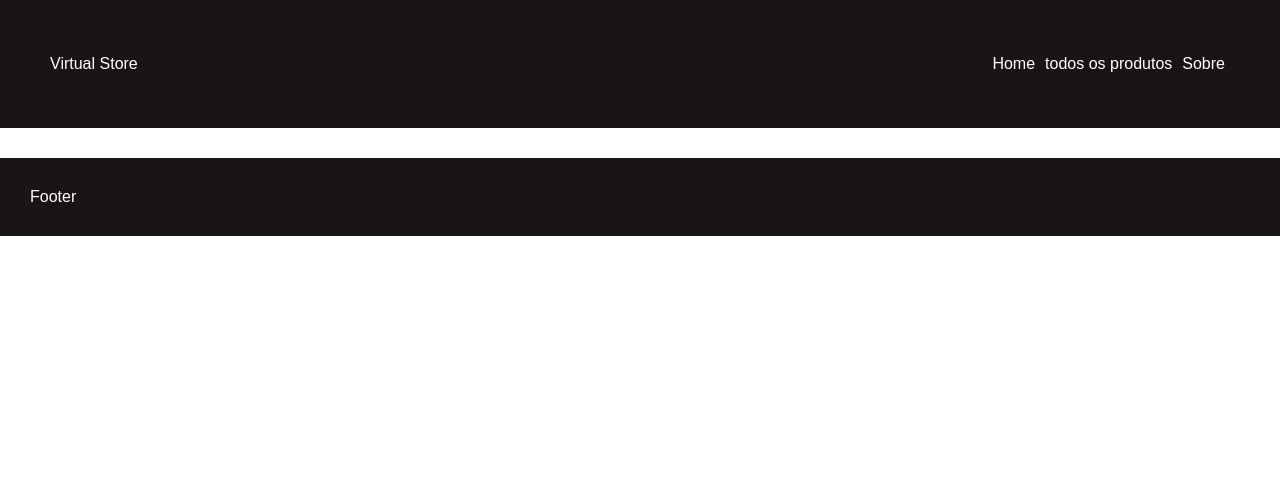
Repository: meiotera/virtuL-store
Page: /lista-de-produtos
The author's editor kept a copy of each file at every save. The page is drawn from the files as they stood at one save, then again after the next save.
The browser window is 1280 px wide. The pictures show the whole page.
The page's requests for data from a server got no answer. The project was rebuilt for these pictures with package versions that can differ from the ones it lists, and the page was loaded fresh each time. No one was signed in, and anything a server would have sent is missing. Also part of the build but not shown: vite.config.js, src/pages/Home.jsx, src/styles/ProductCard.module.css, src/styles/Button.module.css, src/components/Button.jsx, src/components/ProductCard.jsx, src/styles/ProductDetail.module.css, src/pages/ProductDetail.jsx.

Above is the page before, as saved 2025-04-08 18:29:48.

### src/index.css
* {
  margin: 0;
  padding: 0;
  list-style: none;

  font-family: Arial, Helvetica, sans-serif;
  text-decoration: none;
  box-sizing: border-box;
}

body {
  margin: 0 auto;
}

### src/App.jsx
import { BrowserRouter, Link, Route, Routes } from 'react-router-dom';
import Header from './components/Header';
import Main from './components/Main';
import Footer from './components/Footer';
import Home from './pages/Home';
import ProductList from './pages/ProductList';
import ProductDetail from './pages/ProductDetail';

function App() {
  return (
    <BrowserRouter>
      <Header />

      <Main>
        <Routes>
          <Route path="/" element={<Home />} />
          <Route path="/lista-de-produtos" element={<ProductList />} />
          <Route
            path="/lista-de-produtos/:title/:id"
            element={<ProductDetail />}
          />
        </Routes>
      </Main>

      <Footer />
    </BrowserRouter>
  );
}

export default App;

### src/components/Header.jsx
import React from 'react';
import styles from '../styles/Header.module.css';

const Header = () => {
  return (
    <header className={styles.header}>
      <div className={styles.containerHeader}>
        <div>Virtual Store</div>

        <div className={styles.navContainer}>
          <nav>
            <a href="">Home</a>
            <a href="">todos os produtos</a>
            <a href="">Sobre</a>
          </nav>
        </div>
      </div>
    </header>
  );
};

export default Header;

### src/components/Main.jsx
import React from 'react';
import styles from '../styles/Main.module.css';

const Main = ({ children }) => {
  return <main className={styles.main}>{children}</main>;
};

export default Main;

### src/components/Footer.jsx
import React from 'react';
import styles from '../styles/Footer.module.css';

const Footer = () => {
  return <footer className={styles.footer}>Footer</footer>;
};

export default Footer;

### src/pages/ProductList.jsx
import React, { useEffect, useState } from 'react';
import { getAllProducts } from '../services/api';
import ProductCard from '../components/ProductCard';

import styles from '../styles/ProductList.module.css';

const ProductList = () => {
  const [products, setProdutcts] = useState([]);

  useEffect(() => {
    const fetchData = async () => {
      const data = await getAllProducts();
      setProdutcts(data);
    };

    fetchData();
  }, []);

  console.log(products);

  return (
    <div className={styles.containerProducts}>
      {products.map((product) => (
        <ProductCard
          key={product.id}
          id={product.id}
          title={product.title}
          image={product.image}
          rating={product.rating}
          price={product.price}
        />
      ))}
    </div>
  );
};

export default ProductList;

### src/styles/Header.module.css
.header {
  background-color: #191515;
  padding: 30px;
  margin-bottom: 30px;
  color: #fff;
}

.containerHeader {
  max-width: 1440px;
  display: flex;
  justify-content: space-between;
  flex-wrap: wrap;
  align-items: center;
  padding: 20px;
  margin: 0 auto;
}

.navContainer nav {
  display: flex;
  align-items: center;
}

.navContainer a {
  padding: 5px;

  color: #fff;
  text-decoration: none;
}

### src/styles/Main.module.css
.main {
  max-width: 1440px;
  margin: 0 auto;
}

### src/styles/Footer.module.css
.footer {
  padding: 30px;
  background-color: #191515;
  color: #fff;
}

### src/services/api.js
const BASE_URL = 'https://fakestoreapi.com';

// buscar todos os produtos
export const getAllProducts = async () => {
  const res = await fetch(`${BASE_URL}/products`);
  const data = await res.json();

  return data;
};

export const getASingleProduct = async (id) => {
  const res = await fetch(`${BASE_URL}/products/${id}`);
  const data = await res.json();

  return data;
};

### src/styles/ProductList.module.css
.containerProducts {
  display: flex;
  flex-wrap: wrap;
  justify-content: center;
  align-items: center;
  width: 100%;
  gap: 20px;
}

@media (min-width: 960px) {
  .containerProducts {
    justify-content: space-between;
  }
}

Loaded but not shown: index.html (common file); src/main.jsx (common file)

After the next save:
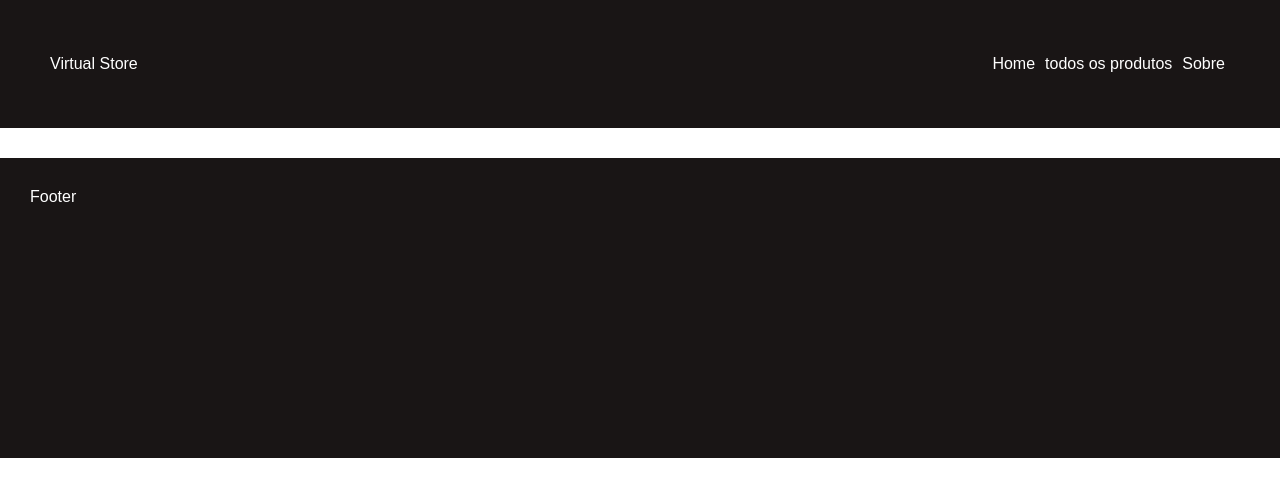
Saved 13 s later.
--- a/src/styles/Footer.module.css
+++ b/src/styles/Footer.module.css
@@ -2,4 +2,6 @@
   padding: 30px;
   background-color: #191515;
   color: #fff;
+
+  height: 300px;
 }
